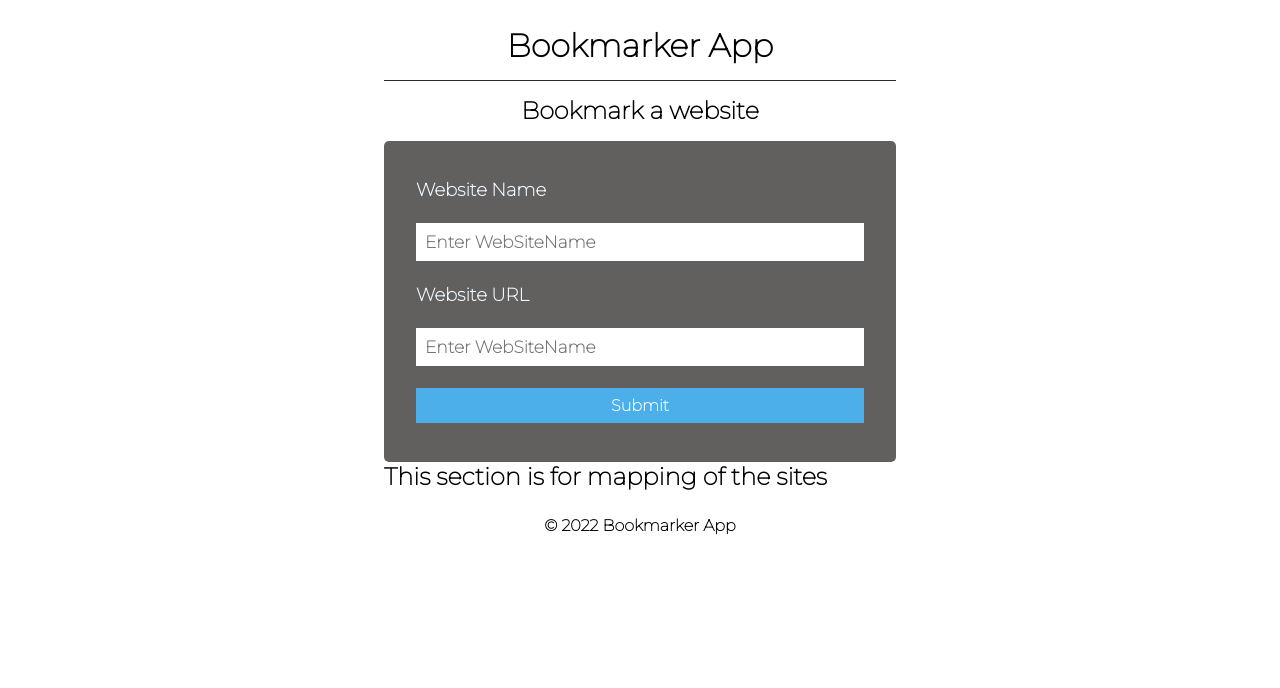
Repository: Suporl9/BookMarkerApp
Page: index.html
These files come from the project's save history. The page is drawn as it stood at one moment and after the next save; the edit follows.
The browser window is 1280 px wide. The pictures show the whole page.

Above is the page before, as saved 2021-11-23 19:39:34.

After the next save:
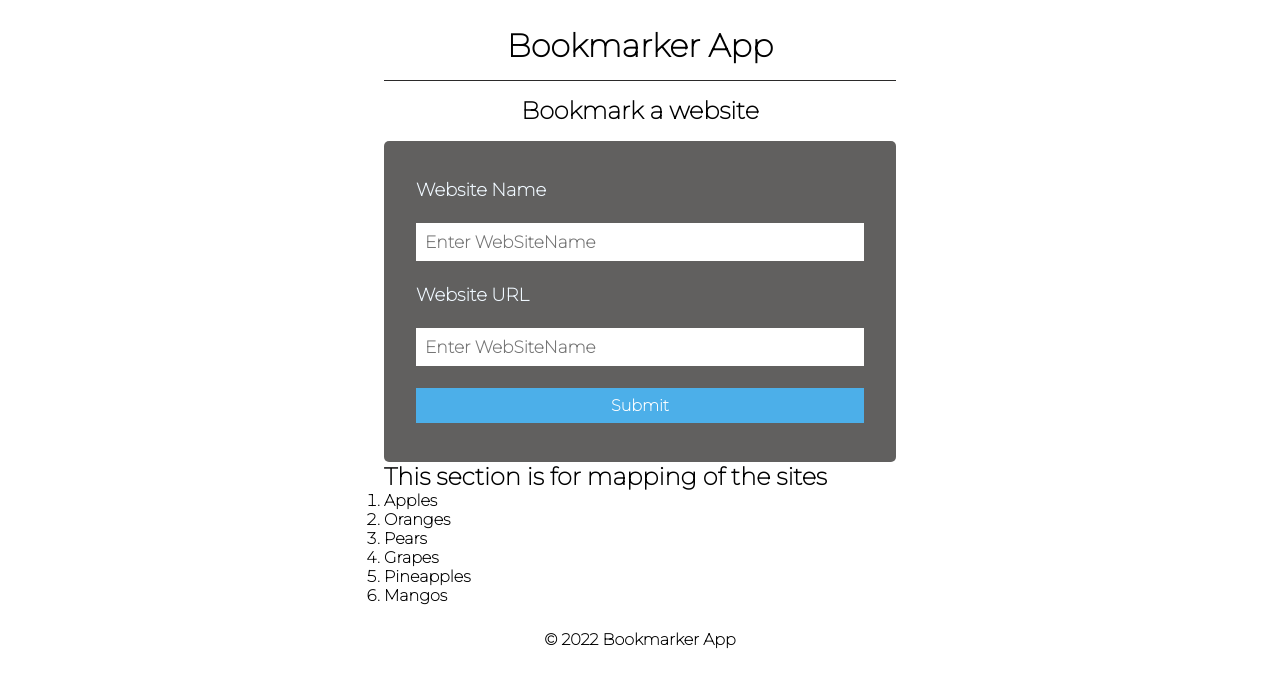
Saved 28 s later.
--- a/main.js
+++ b/main.js
@@ -60,5 +60,14 @@ console.log("hello", JSON.parse(hello));
 // }
 
 // console.log("...arrayfordata", ...arrayForData);
-let ulclass = document.querySelector(".ulclass");
-console.log(ulclass);
+
+// let ulclass = document.querySelector(".ulclass");
+var fruits = ["Apples", "Oranges", "Pears", "Grapes", "Pineapples", "Mangos"];
+var listOfFruits = [];
+var list = document.getElementById("list");
+
+fruits.forEach(function (element) {
+  listOfFruits.push("<li>" + element + "</li>");
+});
+
+list.innerHTML = listOfFruits.join("");
